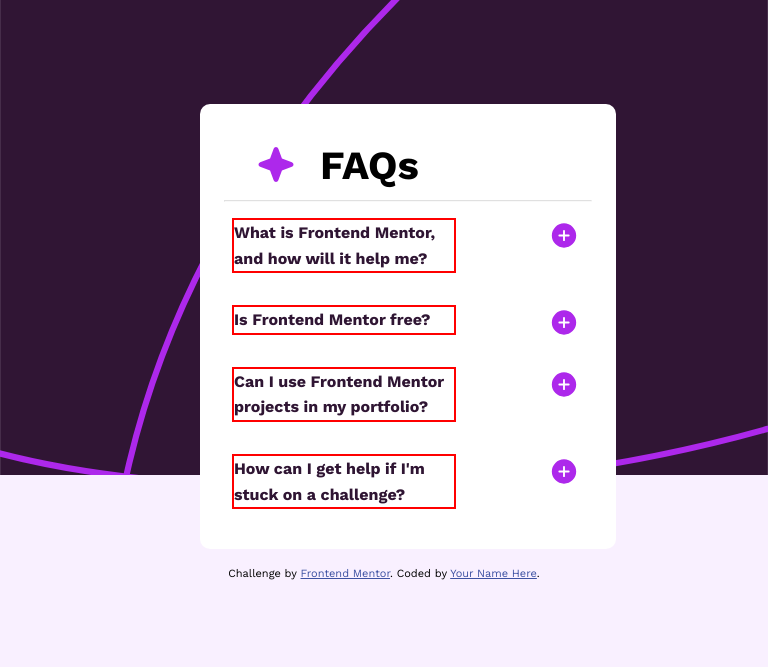
Repository: imokha01/accordion-main
Page: index.html
An editor plug-in stored every save of this project. The page is shown before and after a run of saves, followed by the edit.
The browser window is 768 px wide. The pictures show the whole page.

Above is the page before, as saved 2023-12-26 11:22:45.

### index.html
<!DOCTYPE html>
<html lang="en">
  <head>
    <meta charset="UTF-8" />
    <meta name="viewport" content="width=device-width, initial-scale=1.0" />
    <!-- displays site properly based on user's device -->
    <link rel="stylesheet" href="./index.css">
    <link
      rel="stylesheet"
      href="https://cdnjs.cloudflare.com/ajax/libs/font-awesome/6.5.1/css/all.min.css"
      integrity="sha512-DTOQO9RWCH3ppGqcWaEA1BIZOC6xxalwEsw9c2QQeAIftl+Vegovlnee1c9QX4TctnWMn13TZye+giMm8e2LwA=="
      crossorigin="anonymous"
      referrerpolicy="no-referrer"
    />
    <link
      rel="icon"
      type="image/png"
      sizes="32x32"
      href="./assets/images/favicon-32x32.png"
    />
    <link rel="preconnect" href="https://fonts.googleapis.com" />
    <link rel="preconnect" href="https://fonts.gstatic.com" crossorigin />
    <link
      href="https://fonts.googleapis.com/css2?family=Work+Sans:wght@400;600;700&display=swap"
      rel="stylesheet"
    />
    <title>Frontend Mentor | FAQ accordion</title>
    <!-- Feel free to remove these styles or customise in your own stylesheet 👍 -->
    <style>
      .attribution {
        font-size: 11px;
        text-align: center;
        margin-top: 1rem;
      }
      .attribution a {
        color: hsl(228, 45%, 44%);
      }
    </style>
  </head>
  <body>
    <div class="container">
      <div class="wrapper">
        <!-- first div content -->
        <main>
          <div id="header">
            <img src="./assets/images/icon-star.svg" alt="star-icon">
            <p id="headerpara">FAQs</p>
          </div>
          <hr>
          <div class="Div" id="div1">
            <div class="title">
              <p class="question">What is Frontend Mentor, and how will it help me?</p>
            </div>
            <div class="para">
              <p id="para1">
                Frontend Mentor offers realistic coding challenges to help developers
                improve their frontend coding skills with projects in HTML, CSS, and
                JavaScript. It's suitable for all levels and ideal for portfolio
                building.
              </p>
            </div>
          </div>
          <!-- second div content -->
          <div class="Div" id="div2">
            <div class="title">
              <p class="question">Is Frontend Mentor free?</p>
            </div>
            <div class="para">
              <p id="para2">
                Yes, Frontend Mentor offers both free and premium coding challenges,
                with the free option providing access to a range of projects suitable
                for all skill levels.
              </p>
            </div>
          </div>
          <!-- third div content -->
          <div class="Div" id="div3">
            <div class="title">
              <p class="question">Can I use Frontend Mentor projects in my portfolio?</p>
            </div>
            <div class="para">
              <p id="para3">
                Yes, you can use projects completed on Frontend Mentor in your
                portfolio. It's an excellent way to showcase your skills to potential
                employers!
              </p>
            </div>
          </div>
          <!-- fourth div content -->
          <div class="Div" id="div4">
            <div class="title">
              <p class="question">How can I get help if I'm stuck on a challenge?</p>
            </div>
            <div class="para">
              <p id="para4">
                The best place to get help is inside Frontend Mentor's Discord
                community. There's a help channel where you can ask questions and seek
                support from other community members.
              </p>
            </div>
          </div>
        </main>
        <!-- footer div -->
        <div class="attribution">
          Challenge by
          <a href="https://www.frontendmentor.io?ref=challenge" target="_blank"
            >Frontend Mentor</a
          >. Coded by <a href="#">Your Name Here</a>.
        </div>
      </div>
    </div>
    <script src="./index.js"></script>
  </body>
</html>

### index.css
:root {
    --White: hsl(0, 0%, 100%);
    --lightPink: hsl(275, 100%, 97%);
    --grayishPurple: hsl(292, 16%, 49%);
    --darkPurple:  hsl(292, 42%, 14%);
    --workSans: 'Work Sans', sans-serif;
}

* {
    margin: 0;
    padding:0;
    box-sizing: border-box;
}

body {
    font-size: 16px;
    font-family: var(--workSans);
    background-color: var(--lightPink);
    position: relative;
    line-height: 1.6;
}

.container  {
    background-image: url("./assets/images/background-pattern-desktop.svg");
    background-repeat: no-repeat;
    background-size: contain;
    display: flex;
    flex-direction: column;
    justify-content: center;
    align-items: center;
    overflow: hidden;
}

hr {
    background-color: var(--lightPink);
    margin-top: .7rem;
    opacity: 0.3;
}

.wrapper {
    width: 35rem;
    padding: 1.5rem;
    left: 30rem;
    border-radius: 10px;
    transition: height 0.5s ease-in 1ms;
}

main  {
    background-color: #fff;
    border-radius: 10px;
    padding: inherit;
    width: inherit;
    overflow: hidden;
    margin-top: 5rem;
    transition: height 0.5s ease-in 1ms;
    overflow: hidden;
}

#headerpara {
    font-size: 2.5rem;
    font-weight: 700;
    margin : -.6rem 1.5rem;

}

#header > img{
    padding-left: 2rem;
}

div#header {
    display: flex;
    flex-direction: row;
    justify-content: flex-start;
    align-items: flex-start;
    width: 10rem;
    margin-top: 1rem;
}

.Div {
    display: flex;
    flex-direction: column;
    justify-content: flex-start ;
    padding: 1rem .5rem;
    height: fit-content;
    transition: height 0.5s ease-in;

}

.title {
    display: flex;;
    justify-content: space-between;
}

.Div div  img {
    cursor: pointer;
}

.title p {
    font-weight: 700;
    color: var(--darkPurple);
    cursor: pointer;
    /* width: 21.875rem; */
}

.para {
    color: var(--grayishPurple);
    margin-top: 1.2rem;
    transition: height 0.5s ease-in 1s;
    overflow: hidden;
    display: none;
    font-size: .9rem;
}

.title{
    position: relative;
    width: 90%;

}
.title::after{
    content:  url(./assets/images/icon-plus.svg);
    position: absolute;
    right: -40px;
}

.active::after{
    content: url(./assets/images/icon-minus.svg);
    right: -40px;

}

.active, .question:hover {
    content: "";
}

@media (max-width: 768px){
    .container {
        background-image: url(./assets/images/background-pattern-mobile.svg);
    }

    .wrapper, main {
        width: 26rem;
        margin: 2.rem auto;
    }

    /* .title  p{
        width: 14rem;
    } */

    .title {
        border: 2px solid red;
        width: 14rem;
    }

    .title::after,
    .active::after {
        right: -7.8125rem;
    }

    .para {
        font-size: 1rem;
        width: 94%
    }
}

### index.js
// const answer = document.getElementsByClassName("para");
const question = document.getElementsByClassName("title");

for (let i = 0; i < question.length; i++ ) {
    question[i].addEventListener("click", function(){
        this.classList.toggle("active");
        let active = this.addEventListener.nextElementSibling;
        let para = this.nextElementSibling;
        if(para.style.display === "block"){
            para.style.display = "none";
        } else {
            para.style.display = "block";
        }
    });
}





// var acc = document.getElementsByClassName("accordion");
// var i;

// for (i = 0; i < acc.length; i++) {
//   acc[i].addEventListener("click", function() {
//     /* Toggle between adding and removing the "active" class,
//     to highlight the button that controls the panel */
//     this.classList.toggle("active");

//     /* Toggle between hiding and showing the active panel */
//     var panel = this.nextElementSibling;
//     if (panel.style.display === "block") {
//       panel.style.display = "none";
//     } else {
//       panel.style.display = "block";
//     }
//   });
// }

After the next 2 saves:
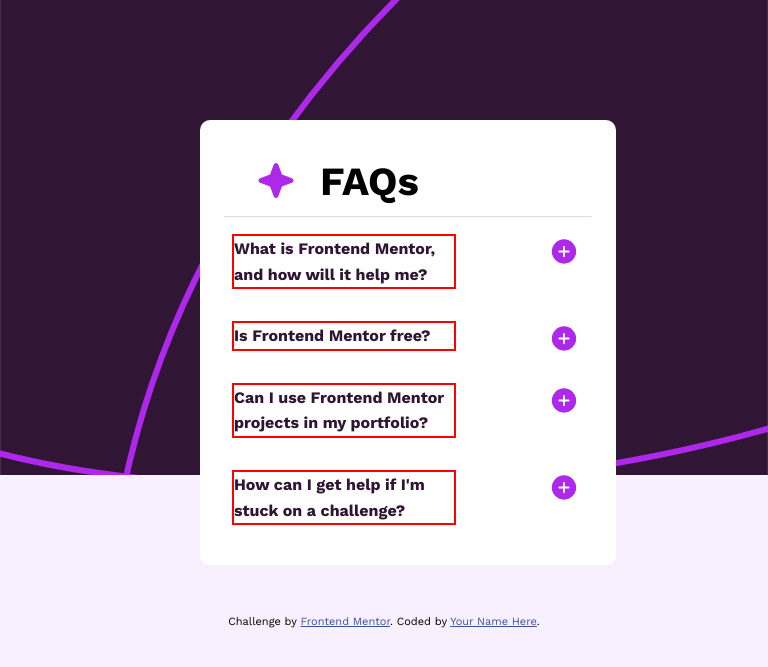
The 2 saves are shown as one change because they came seconds apart.
The last was saved 24 s later.
--- a/index.css
+++ b/index.css
@@ -139,7 +139,7 @@
 
     .wrapper, main {
         width: 26rem;
-        margin: 2.rem auto;
+        margin: 3rem auto;
     }
 
     /* .title  p{
